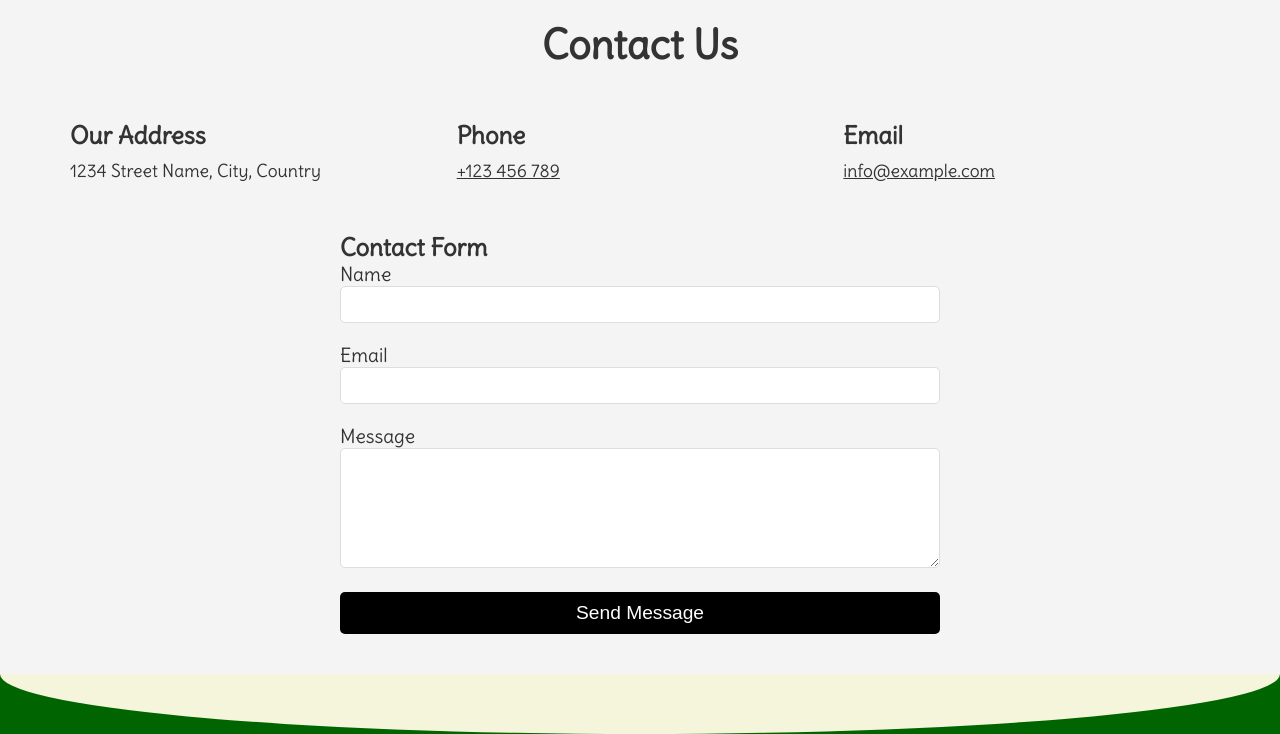
Repository: leerichie/kozi
Page: index.html
The author's editor kept a copy of each file at every save. The page is drawn from the files as they stood at one save, then again after the next save.
The browser window is 1280 px wide. The pictures show the part of the page from y = 177 to 911 px (the page is 1050 px tall).
A picture or video elsewhere on the page could not be fetched, so the positions and the page height are approximate.

Above is the page before, as saved 2024-10-24 19:31:29.

After the next save:
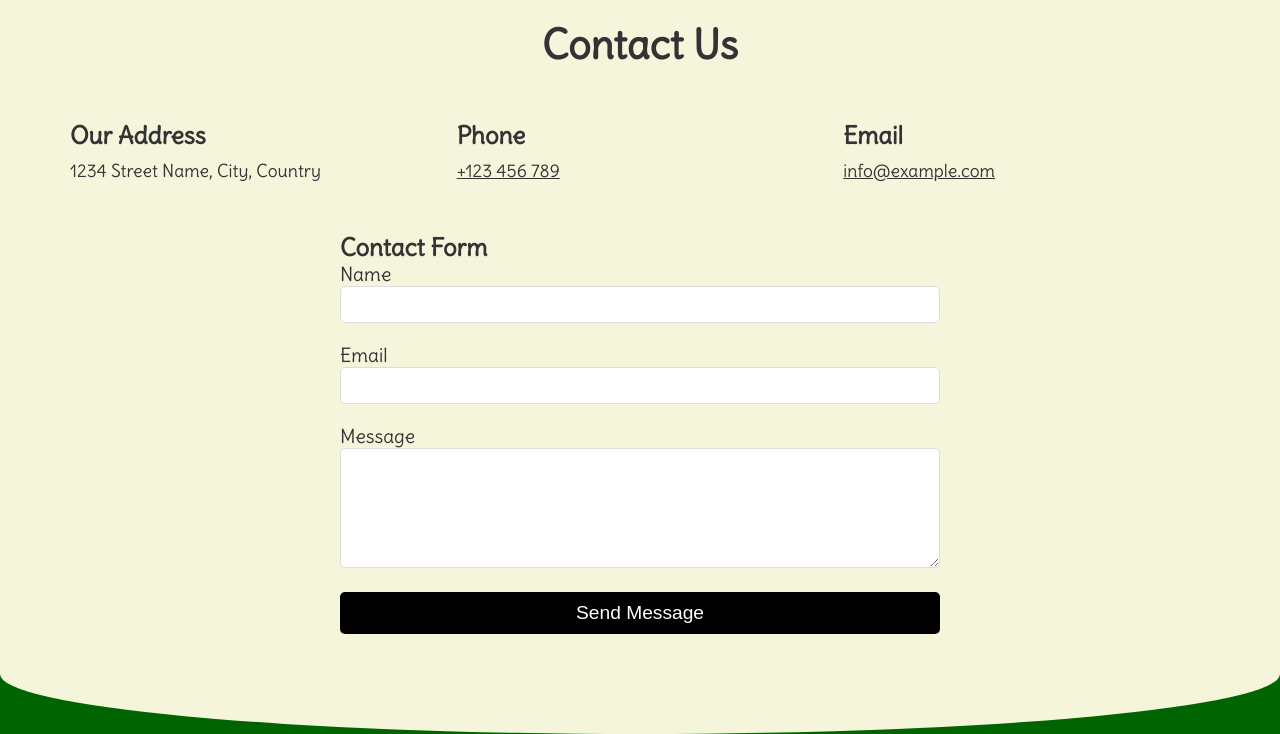
Saved 15 s later.
--- a/css/styles.css
+++ b/css/styles.css
@@ -27,7 +27,7 @@
 
 body {
   font-family: "Delius", sans-serif;
-  background-color: #f4f4f4;
+  background-color: beige;
   color: #333;
 }
 

After the save that followed:
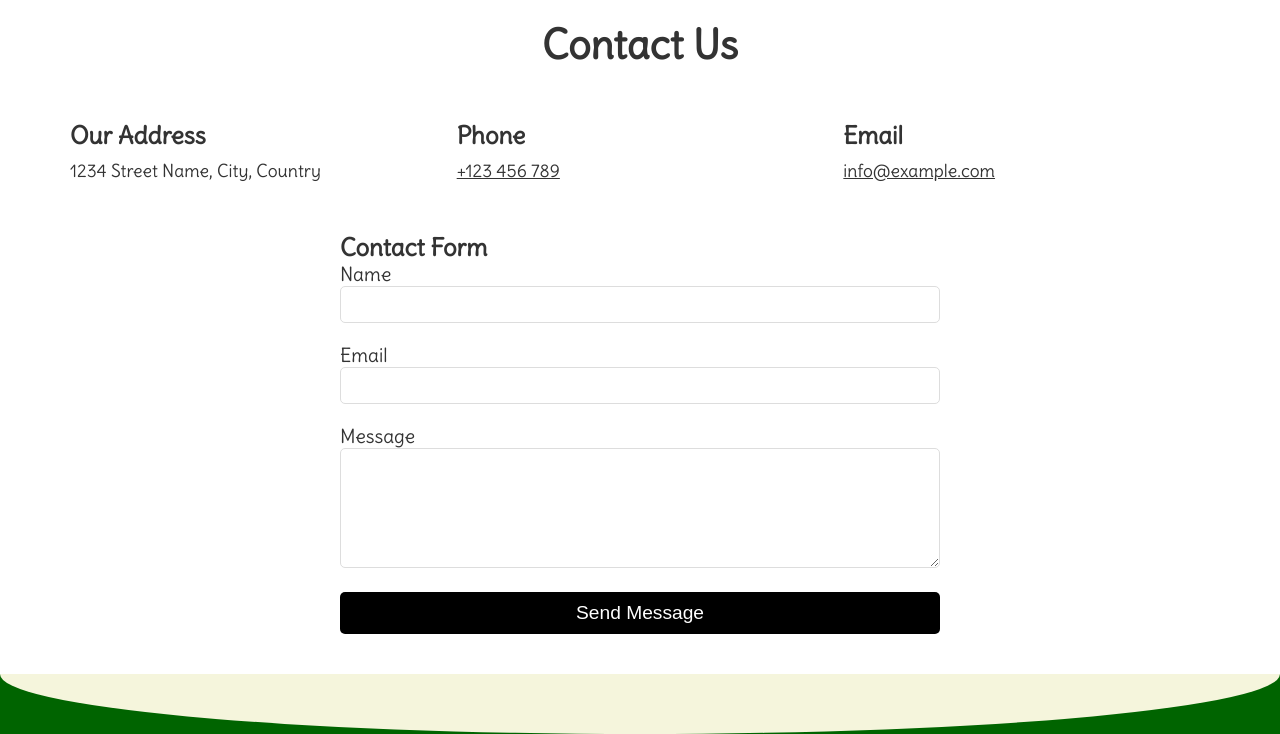
Saved 113 s later.
--- a/css/styles.css
+++ b/css/styles.css
@@ -27,7 +27,7 @@
 
 body {
   font-family: "Delius", sans-serif;
-  background-color: beige;
+  background-color: fff;
   color: #333;
 }
 
